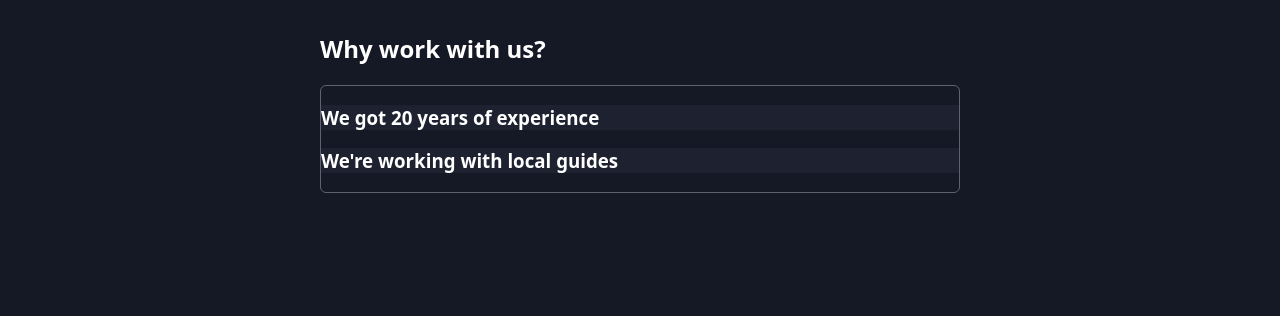
Repository: Snzslt/ReactPattern
Page: /
An editor plug-in stored every save of this project. The page is shown before and after the next save, followed by the edit.
The browser window is 1280 px wide. The pictures show the whole page.
The project was rebuilt for these pictures with package versions that can differ from the ones it lists, and the page was loaded fresh each time. Also part of the build but not shown: vite.config.js.

Above is the page before, as saved 2024-05-15 13:18:04.

After the next save:
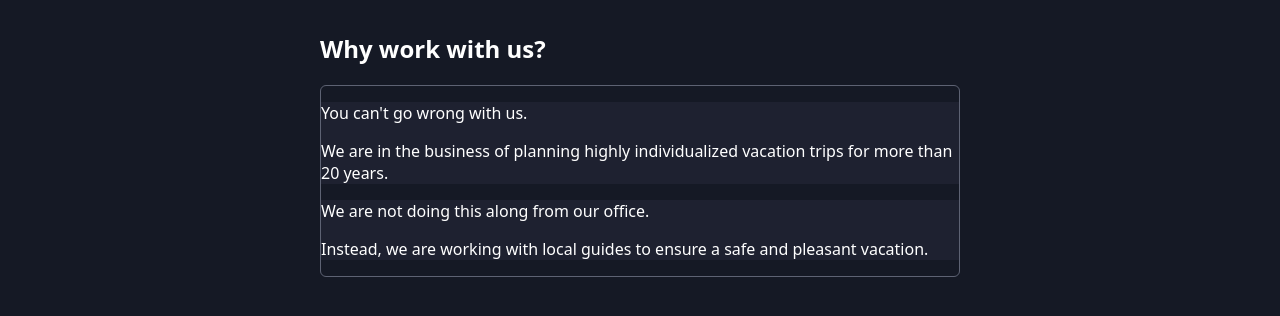
Saved 17 s later.
--- a/src/components/Accordion/AccordionItem.jsx
+++ b/src/components/Accordion/AccordionItem.jsx
@@ -1,20 +1,3 @@
-import { useAccordionContext } from './Accordion.jsx';
-
-export default function AccordionItem({ id, className, title, children }) {
-  const { openItemId, toggleItem } = useAccordionContext();
-
-  const isOpen = openItemId === id;
-
-  return (
-    <li className={className}>
-      <h3 onClick={() => toggleItem(id)}>{title}</h3>
-      <div
-        className={
-          isOpen ? 'accordion-item-content open' : 'accordion-item-content'
-        }
-      >
-        {children}
-      </div>
-    </li>
-  );
-}
+export default function AccordionItem({ className, children }) {
+    return <li className={className}>{children}</li>;
+  }
